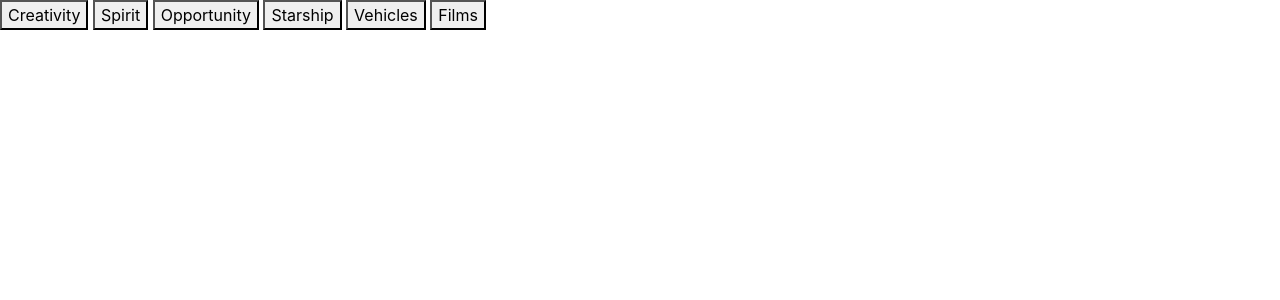
Repository: romqrq/Red-Planet-Explorer
Page: index.1.html
The author's editor kept a record of every edit. The page is drawn from the files as they stood at one moment, then again after the next edit.
The browser window is 1280 px wide. The pictures show the whole page.
Some web fonts or font styles are not loaded; a fallback is used. Some web libraries are served in a nearby version.

Above is the page before.

After the next edit:
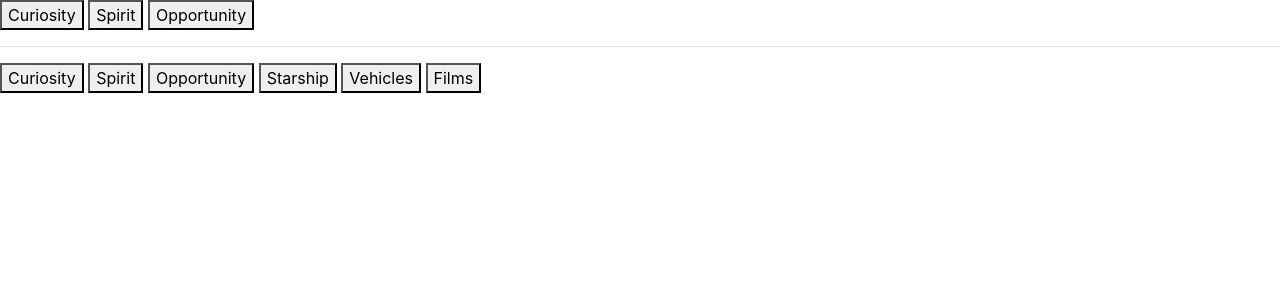
The edit:
--- a/index.1.html
+++ b/index.1.html
@@ -17,7 +17,11 @@
 </head>
 
 <body>
-    <button onclick="writeToDocument('curiosity')">Creativity</button>
+     <button onclick="writeToDocument('curiosity')">Curiosity</button>
+    <button onclick="writeToDocument('spirit')">Spirit</button>
+    <button onclick="writeToDocument('opportunity')">Opportunity</button>
+    <hr>
+    <button onclick="writeToDocument('curiosity')">Curiosity</button>
     <button onclick="writeToDocument('spirit')">Spirit</button>
     <button onclick="writeToDocument('opportunity')">Opportunity</button>
     <button onclick="writeToDocument('starships')">Starship</button>
